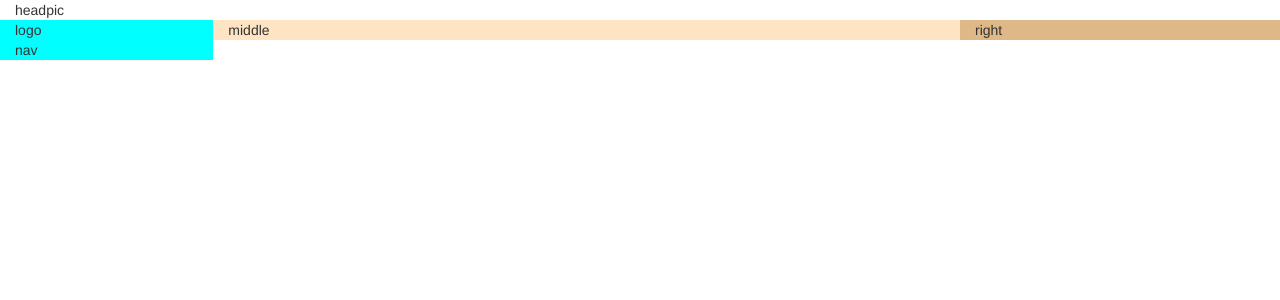
Repository: 15378517762/zxy
Page: html/index.html
These files come from the project's save history. The page is drawn as it stood at one moment and after the next save; the edit follows.
The browser window is 1280 px wide. The pictures show the whole page.

Above is the page before, as saved 2021-05-26 17:36:27.

### html/index.html
<!DOCTYPE html>
<html lang="en">
<head>
	<meta charset="UTF-8">
	<meta name="viewport" content="width=device-width, initial-scale=1.0">
	<title>Document</title>

	<!--[if lt IE 9]>
      <script src="https://cdn.jsdelivr.net/npm/html5shiv@3.7.3/dist/html5shiv.min.js"></script>
      <script src="https://cdn.jsdelivr.net/npm/respond.js@1.4.2/dest/respond.min.js"></script>
    <![endif]-->

	<link rel="stylesheet" href="../bootstrap/css/bootstrap.min.css">
	<script src="../js/jquery-3.6.0.min.js"></script>
	<link rel="stylesheet" href="../css/index.css">
</head>
<body>
	<div class="container">
		<div class="header">headpic</div>
		<div class="row">
			<header class="col-md-2">
				<div class="logo">logo</div>
				<div class="nav">nav</div>
			</header>

			<article class="col-md-7">middle</article>

			<aside class="col-md-3">right</aside>
		</div>
	</div>
</body>
</html>

### css/index.css
@media screen and (min-width: 1280px) {
    .container {
        width: 1280px;
    }
}

header {
    background-color: aqua;
}

article {
    background-color: bisque;
}

aside {
    background-color: burlywood;
}

Loaded but not shown: bootstrap/css/bootstrap.min.css (library); js/jquery-3.6.0.min.js (library)

After the next save:
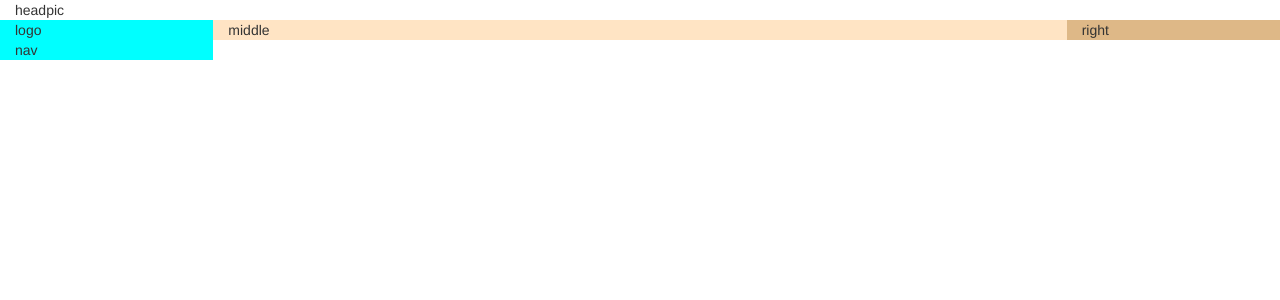
Saved 48 min 21 s later.
--- a/html/index.html
+++ b/html/index.html
@@ -23,9 +23,9 @@
 				<div class="nav">nav</div>
 			</header>
 
-			<article class="col-md-7">middle</article>
+			<article class="col-md-8">middle</article>
 
-			<aside class="col-md-3">right</aside>
+			<aside class="col-md-2">right</aside>
 		</div>
 	</div>
 </body>

After the save that followed:
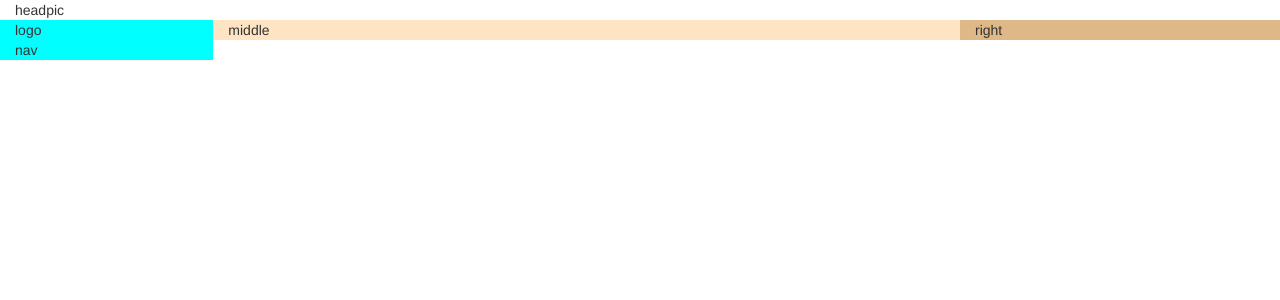
Saved 20 s later.
--- a/html/index.html
+++ b/html/index.html
@@ -23,9 +23,9 @@
 				<div class="nav">nav</div>
 			</header>
 
-			<article class="col-md-8">middle</article>
+			<article class="col-md-7">middle</article>
 
-			<aside class="col-md-2">right</aside>
+			<aside class="col-md-3">right</aside>
 		</div>
 	</div>
 </body>
